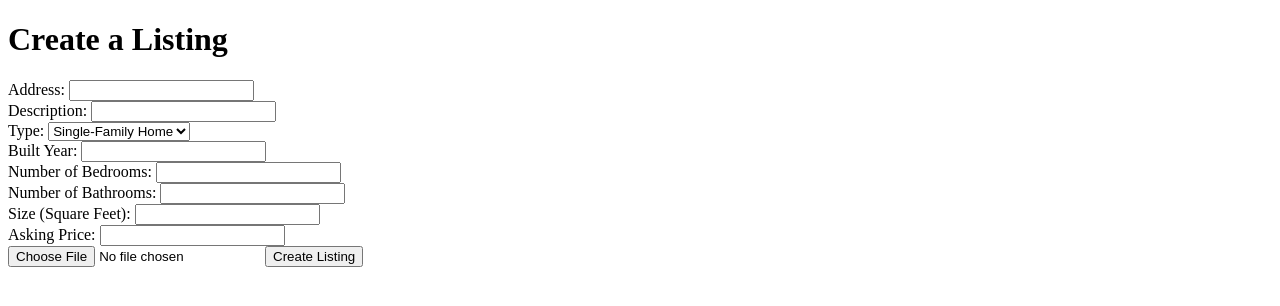
Repository: rickytorrez/test
Page: http://localhost/dcHome/WEB-INF/realtor.jsp
These files come from the project's save history. The page is drawn as it stood at one moment and after the next save; the edit follows.
The browser window is 1280 px wide. The pictures show the whole page.
The page is served by Tomcat 9. Nobody is signed in. Other server files are loaded and not shown. The template is opened directly, without the code that normally fills it, so the values that code supplies are empty.

Above is the page before, as saved 2018-05-31 18:10:22.

### dcHome/src/main/webapp/WEB-INF/realtor.jsp
<%@ page language="java" contentType="text/html; charset=UTF-8"
    pageEncoding="UTF-8"%>
<%@ taglib uri="http://java.sun.com/jsp/jstl/core" prefix="c" %>
<%@taglib prefix="fmt" uri="http://java.sun.com/jsp/jstl/fmt"%>
<%@taglib prefix="form" uri="http://www.springframework.org/tags/form"%>
<%@ taglib prefix="spring" uri="http://www.springframework.org/tags" %>
<!DOCTYPE html PUBLIC "-//W3C//DTD HTML 4.01 Transitional//EN" "http://www.w3.org/TR/html4/loose.dtd">
<html>
	<head>
		<meta http-equiv="Content-Type" content="text/html; charset=UTF-8">
		<title>Realtor</title>
	</head>
	<body>
		<h1>Create a Listing</h1>

		<form:form method="POST" action="/listings/createListing" enctype="multipart/form-data" modelAttribute="listing">
			<form:label path="address">Address:
				<form:input path="address"></form:input>
				<form:errors path="address"/>
			</form:label><br>

			<form:label path="description">Description:
				<form:input path="description"></form:input>
				<form:errors path="description"/>
			</form:label><br>
			<form:label path="type">Type:
				<form:select path="type">
					<form:option value="single-family-home">Single-Family Home</form:option>
					<form:option value="townhome">Town House</form:option>
					<form:option value="apartment">Apartment</form:option>
				</form:select>
			</form:label><br>
			<form:label path="yearbuilt">Built Year:
				<form:input type="number" path="yearbuilt"></form:input>
				<form:errors path="yearbuilt"/>
			</form:label><br>
			<form:label path="numberofrooms">Number of Bedrooms:
				<form:input type="number" path="numberofrooms"></form:input>
				<form:errors path="numberofrooms"/>
			</form:label><br>
			<form:label path="numberofbathrooms">Number of Bathrooms:
				<form:input type="number" path="numberofbathrooms"></form:input>
				<form:errors path="numberofbathrooms"/>
			</form:label><br>
			<form:label path="size">Size (Square Feet):
				<form:input type="number" path="size"></form:input>
				<form:errors path="size"/>
			</form:label><br>
			<form:label path="cost">Asking Price:
				<form:input type="number" path="cost"></form:input>
				<form:errors path="cost"/>
			</form:label><br>
			<input id="files" name="file" type="file">
			<input type="submit" value="Create Listing"/>
		</form:form>
	</body>
</html>

After the next save:
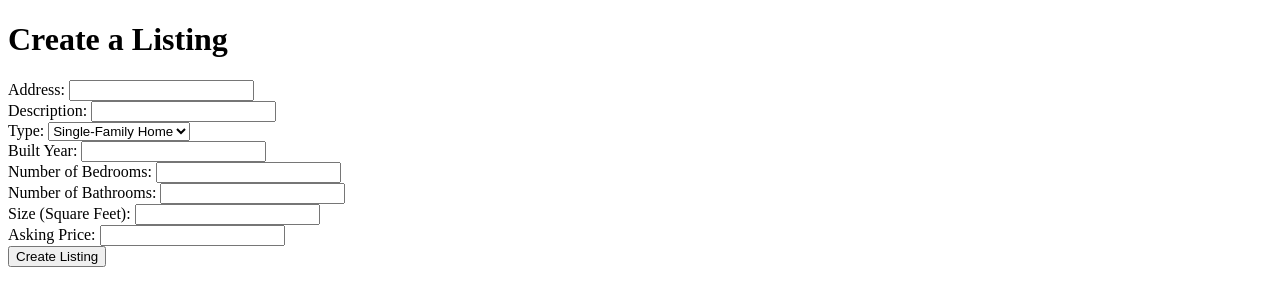
Saved 2 h 5 min later.
--- a/dcHome/src/main/webapp/WEB-INF/realtor.jsp
+++ b/dcHome/src/main/webapp/WEB-INF/realtor.jsp
@@ -13,7 +13,7 @@
 	<body>
 		<h1>Create a Listing</h1>
 
-		<form:form method="POST" action="/listings/createListing" enctype="multipart/form-data" modelAttribute="listing">
+		<form:form method="POST" action="/listings/createListing" modelAttribute="listing">
 			<form:label path="address">Address:
 				<form:input path="address"></form:input>
 				<form:errors path="address"/>
@@ -50,7 +50,6 @@
 				<form:input type="number" path="cost"></form:input>
 				<form:errors path="cost"/>
 			</form:label><br>
-			<input id="files" name="file" type="file">
 			<input type="submit" value="Create Listing"/>
 		</form:form>
 	</body>
